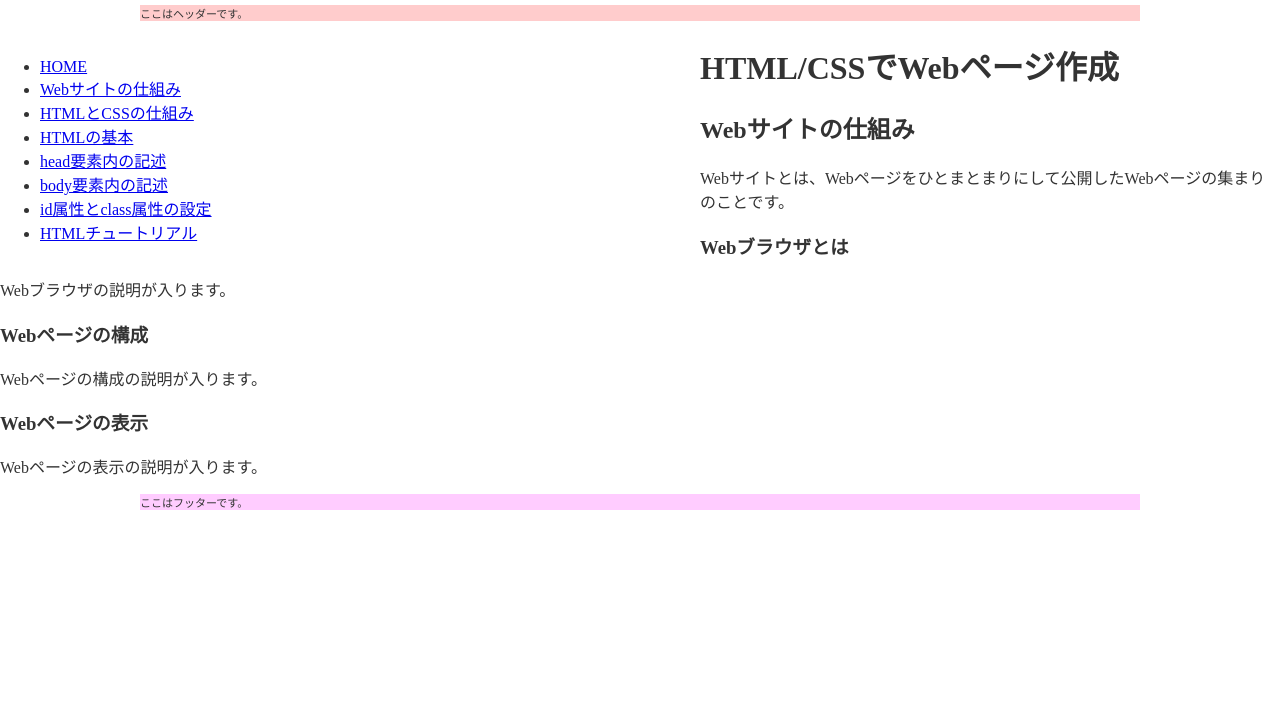
Repository: sugihiro1/test_laravel
Page: kadai_css/kadai_css.html
The author's editor kept a record of every edit. The page is drawn from the files as they stood at one moment, then again after the next edit.
The browser window is 1280 px wide. The pictures show the whole page.

Above is the page before.

### kadai_css/kadai_css.html
<!DOCTYPE html>
<html lang="ja">
    <head>
        <meta charset="utf-8">
        <title>HTML/CSSでWebページ作成</title>
        <link rel="stylesheet" href="kadai_css.css">
    </head>
    <body>
        <header>
            <p>ここはヘッダーです。</p>
        </header>

        <div id="wrapper" class="clearfix">
            <nav id="menu">
                <ul>
                    <li class="current"><a href="kadai_html.html">HOME</a></li>
                    <li><a href="website.html">Webサイトの仕組み</a></li>
                    <li><a href="htmlcss.html">HTMLとCSSの仕組み</a></li>
                    <li><a href="htmlbasic.html">HTMLの基本</a></li>
                    <li><a href="head.html">head要素内の記述</a></li>
                    <li><a href="body.html">body要素内の記述</a></li>
                    <li><a href="idclass.html">id属性とclass属性の設定</a></li>
                    <li><a href="tutorial.html">HTMLチュートリアル</a></li>
                </ul>
            </nav>
            <div id="main">
                <h1>HTML/CSSでWebページ作成</h1>
                <h2>Webサイトの仕組み</h2>
                    <p>Webサイトとは、Webページをひとまとまりにして公開したWebページの集まりのことです。</p>
                    <h3>Webブラウザとは</h3>
                        <p>Webブラウザの説明が入ります。</p>
                    <h3>Webページの構成</h3>
                        <p>Webページの構成の説明が入ります。</p>
                    <h3>Webページの表示</h3>
                        <p>Webページの表示の説明が入ります。</p>
            </div>
        </div>

        <footer>
            <p>ここはフッターです。</p>
        </footer>
    </body>
</html>

### kadai_css/kadai_css.css
@charset "UTF-8";


/* body全体のcss設定  */
body {
    margin: 0;
    padding: 0;
    color: #333;  /* 文字色を少しグレーにする */

}

/* header部分のcss設定 */
header {
    width: 1000px;
    margin: 0 auto;　/* マージン：四辺すべてに適用、中央揃え */
}

header p {
    margin: 5px 0 10px;  /* マージン：上 | 左右 | 下 | */
    background-color: #ffcccc;
    font-size: 11px;
}

/* footer部分のcss設定 */
footer {
    width: 1000px;
    margin: 0 auto;　/* マージン：四辺すべてに����用、中央揃え */
}

footer p {
    margin: 5px 0 10px;  /* マージン：上 | 左右 | 下 | */
    background-color: #ffccff;
    font-size: 11px;
}

#menu {
    width: 700px;
    float: righ;  /* 左寄せ */
}

#menu {
    width: 700px;
    float: left;  /* 左寄せ */
}

After the next edit:
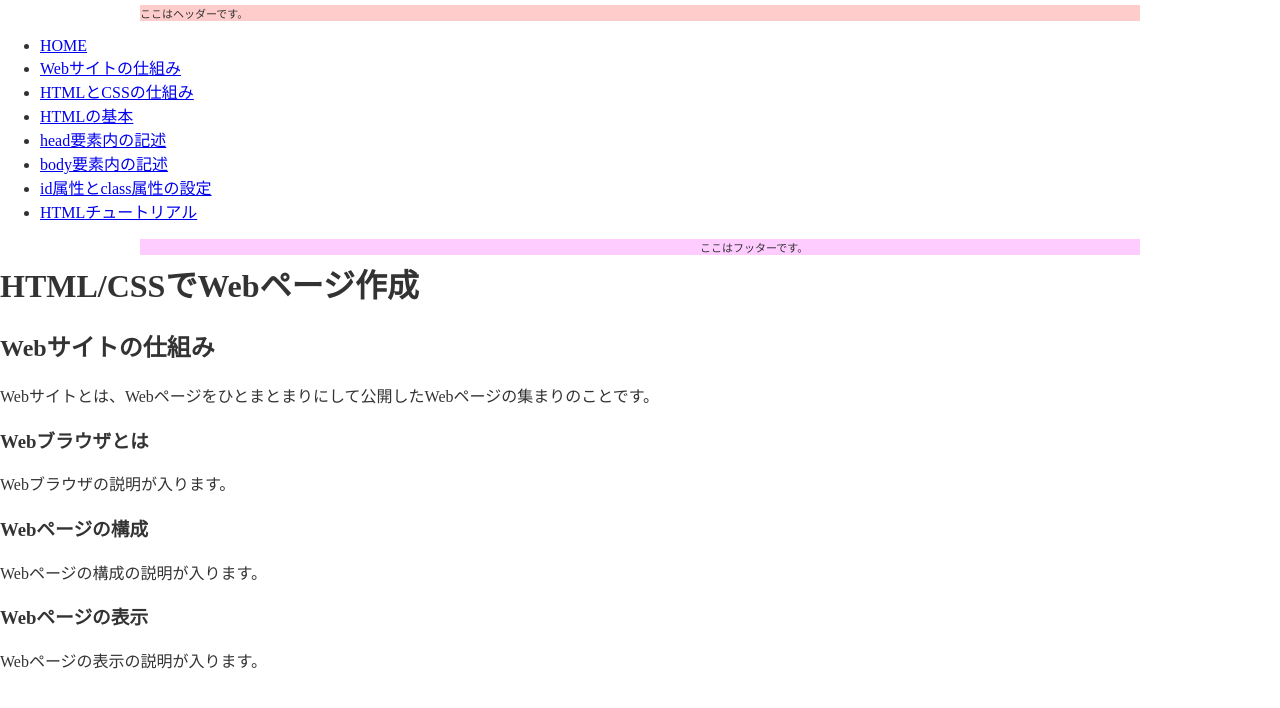
The edit:
--- a/kadai_css/kadai_css.css
+++ b/kadai_css/kadai_css.css
@@ -38,7 +38,7 @@
     float: righ;  /* 左寄せ */
 }
 
-#menu {
+#main {
     width: 700px;
     float: left;  /* 左寄せ */
 }
